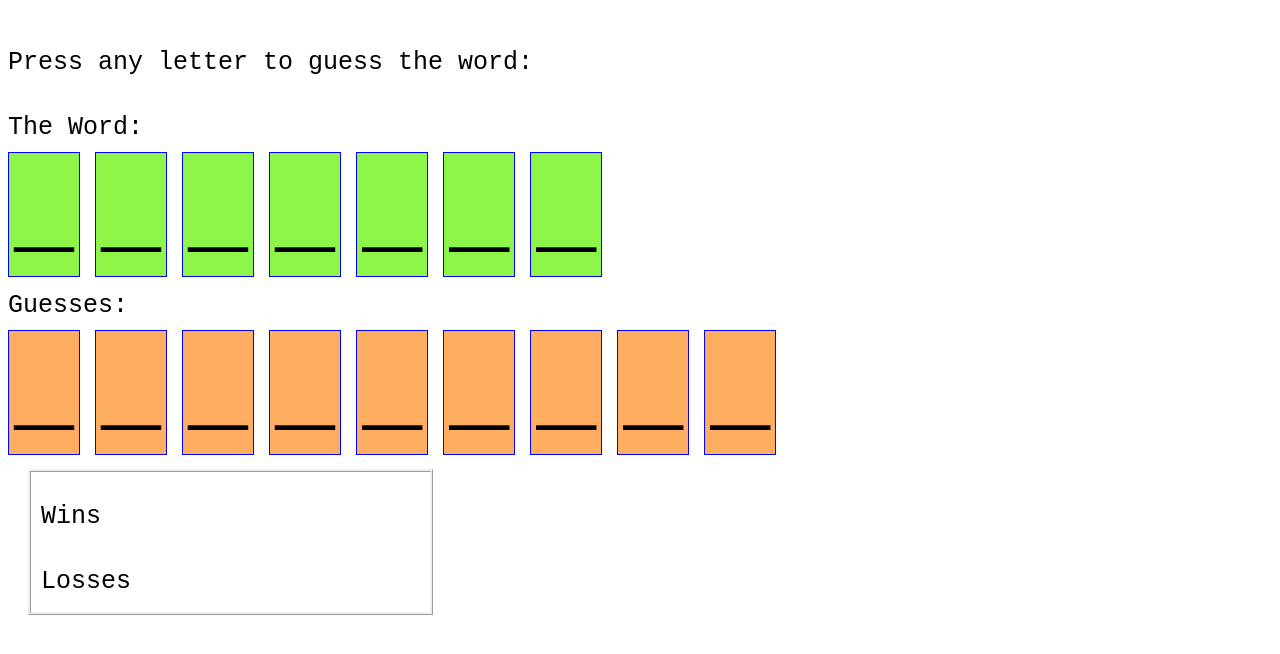
Repository: dsaftler/JavaScript
Page: index.html
These files come from the project's save history. The page is drawn as it stood at one moment and after the next save; the edit follows.
The browser window is 1280 px wide. The pictures show the whole page.

Above is the page before, as saved 2019-03-30 22:59:52.

After the next save:
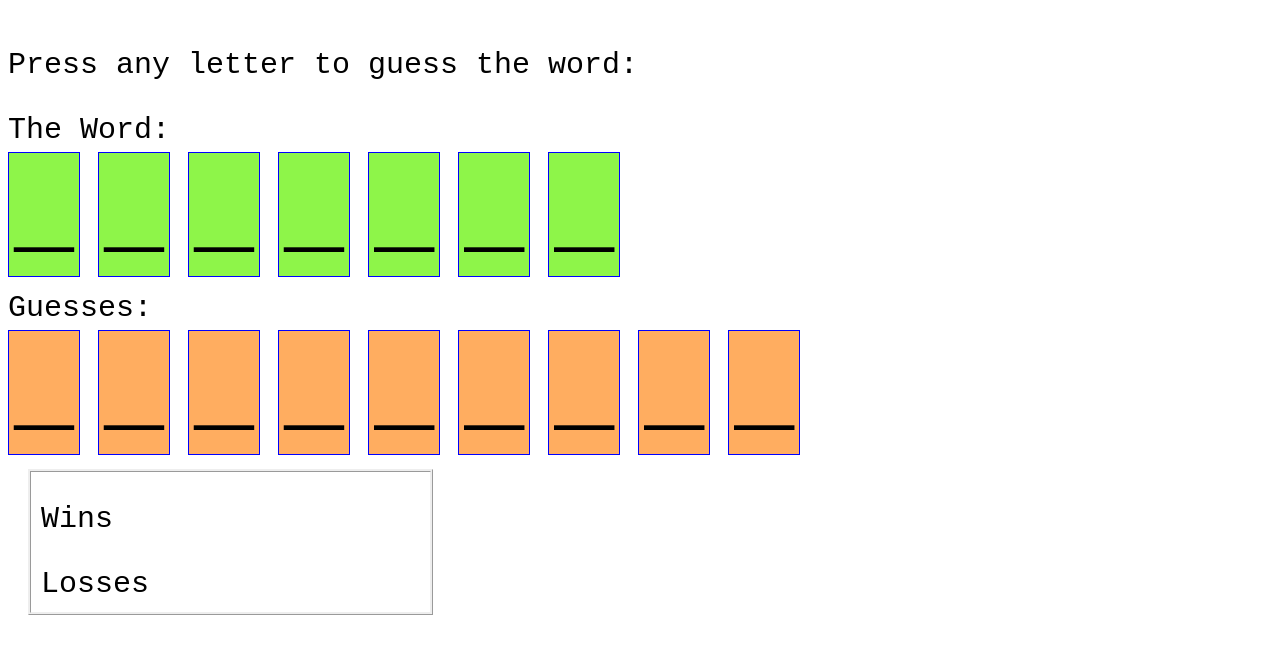
Saved 12 s later.
--- a/assets/css/style.css
+++ b/assets/css/style.css
@@ -2,7 +2,7 @@ body {font-family: 'Ubuntu+Mono',monospace, sans-serif;
 font-weight: 400}
 .showtext {height:35px;
 padding: 20px 0 10px;
-font-size: 25px;
+font-size: 30px;
 }
 .letter {font-size: 100px;
   display: inline;
